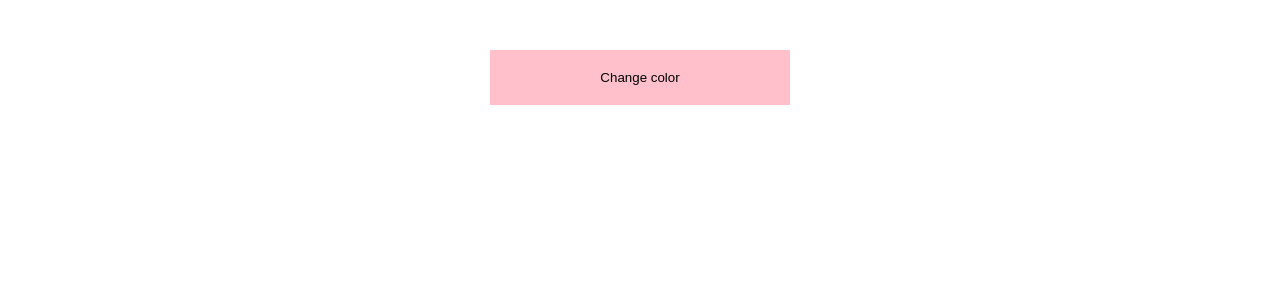
Repository: codysun1912/Javascript-coures
Page: index.html
An editor plug-in stored every save of this project. The page is shown before and after the next save, followed by the edit.
The browser window is 1280 px wide. The pictures show the whole page.

Above is the page before, as saved 2022-02-25 14:10:47.
Console error: TypeError: Cannot read properties of null (reading 'addEventListener')

### index.html
<!DOCTYPE html>
<html lang="en">
<head>
    <meta charset="UTF-8">
    <meta http-equiv="X-UA-Compatible" content="IE=edge">
    <meta name="viewport" content="width=device-width, initial-scale=1.0">
    <title>Javascript</title>
    <link rel="stylesheet" href="./css/app.css">
    <!-- <link rel="stylesheet" href="./css/reset.css"> -->
</head>
<body>
    <button class = "button-change">
        Change color
    </button>

    <script src="./Event/click.js"></script>
</body>
</html>

### css/app.css
html {
    box-sizing: border-box;
  }
  * {
    margin: 0;
    padding: 0;
  }
  *,
  *:before,
  *:after {
    box-sizing: border-box;
  }
  input,
  textarea,
  select,
  button {
    outline: none;
  }
  input {
    line-height: normal;
  }
  label,
  button {
    cursor: pointer;
  }
  a {
    text-decoration: none;
  }
  img {
    display: block;
    max-width: 100%;
  }
  *,
  *:before,
  *:after {
    box-sizing: border-box;
  }
  /* using rem unit */
  html {
    font-size: 62.5%;
  }
  a {
    text-decoration: none;
  }
  img {
    display: block;
    max-width: 100%;
  }
  body {
    font-family: "Poppins", sans-serif;
    font-size: 16px;
    line-height: 1;
  }
  /* .menu {
    width: 300px;
    position: fixed;
    top: 0;
    right: 0;
    bottom: 0;
    box-shadow: rgba(100, 100, 111, 0.2) 0px 7px 29px 0px;
    list-style: none;
    transform: translateX(100%);
    transition: transform 0.25s linear;
  }
  .menu.is-show {
    transform: translateX(0);
  }
  .menu-link {
    display: block;
    padding: 20px 15px;
    color: #333;
    border-bottom: 1px solid #eee;
  }
  .boxed {
    width: 200px;
    height: 200px;
    padding: 20px;
    margin-left: 50px;
    border: 5px solid;
    border-top: 50px solid;
  } */
  /* Modal */
  .modal {
    position: fixed;
    top: 0;
    left: 0;
    width: 100%;
    height: 100%;
    background-color: rgba(0, 0, 0, 0.25);
    z-index: 1000;
    display: flex;
    align-items: center;
    justify-content: center;
    flex-direction: column;
    opacity: 0;
    visibility: hidden;
    transition: all 0.25s linear;
  }
  .modal.is-show {
    opacity: 1;
    visibility: visible;
  }
  .modal-content {
    max-width: 600px;
    padding: 50px;
    border-radius: 20px;
    background-color: white;
    position: relative;
  }
  .modal-close {
    position: absolute;
    top: 0;
    right: 0;
    width: 40px;
    height: 40px;
    display: flex;
    justify-content: center;
    align-items: center;
    background-color: #eee;
    border-radius: 50px;
    cursor: pointer;
    color: #999;
  }
  .modal-desc {
    font-size: 15px;
    font-weight: 300;
    text-align: center;
    line-height: 1.8;
    margin-bottom: 30px;
  }
  .modal-action {
    display: grid;
    grid-template-columns: 1fr 1fr;
    grid-gap: 0 20px;
  }
  .modal-summit,
  .modal-cancel {
    border: 0;
    font-family: "Poppins", sans-serif;
    font-size: 16px;
    padding: 20px 30px;
    border-radius: 10px;
    background-color: transparent;
    color: #999;
  }
  .modal-summit {
    background-color: #3d6ef7;
    color: white;
  }

.boxed{
  width:200px;
  height:200px;
  padding:20px;
  border:5px solid;
}

.button-change {
  padding:20px;
  color: black;
  background-color: pink;
  margin:50px auto;
  border:0;
  width:300px;
  display: block;
}

### Event/click.js
const button = document.querySelector(".button");
// const span = document.querySelector(".button span");
// function handleClick(){
//     console.log("click me");
// }
// //bubbling
// button.addEventListener("click",handleClick,{capture:true});
// span.addEventListener("click", function(e){
//     // e.stopPropagation();
//     e.stopImmediatePropagation();
//     console.log("Click span");
// },{capture:true});
// span.addEventListener("click", function(){
//     console.log("Click span2");
// },{capture:true})
// document.body.addEventListener("click", function(){
//     console.log("click body");

// },{capture:true});

// button.addEventListener("click", function(){
//     console.log(`envent.target : ${event.target}`);
//     console.log(`${event.currentTarget}`);
// })
 // event.target la chon dung noi bam
 //event.current

// const link = document.querySelector(".link");
// link.addEventListener("click",function(e){
//     e.preventDefault();
//     console.log("click");

// })


const changeColor = document.querySelector(".change-color");
changeColor.addEventListener("click",handleChangeColor);
const colors = ["#ffa400", "#00aefd","#07a787"];
function handleChangeColor(){
    const randomColor = colors[(Math.floor(Math.random()*colors.length))];
    document.body.style.backgroundColor = randomColor;
}

After the next save:
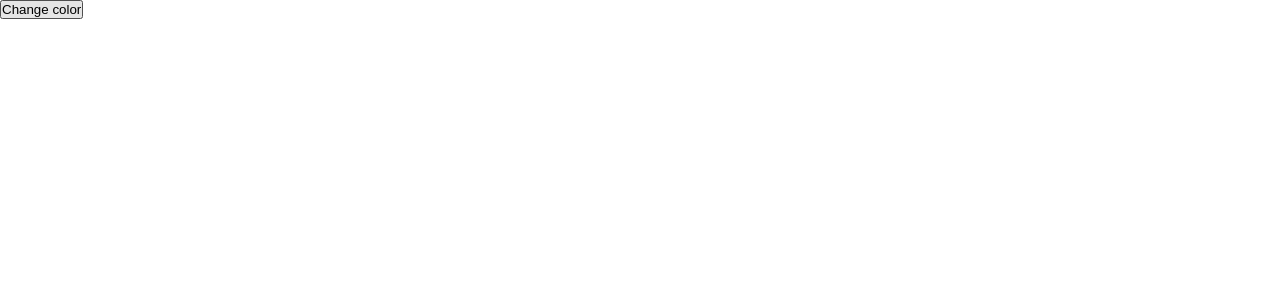
Saved 36 s later.
--- a/index.html
+++ b/index.html
@@ -9,7 +9,7 @@
     <!-- <link rel="stylesheet" href="./css/reset.css"> -->
 </head>
 <body>
-    <button class = "button-change">
+    <button class = "button">
         Change color
     </button>
 

After the save that followed:
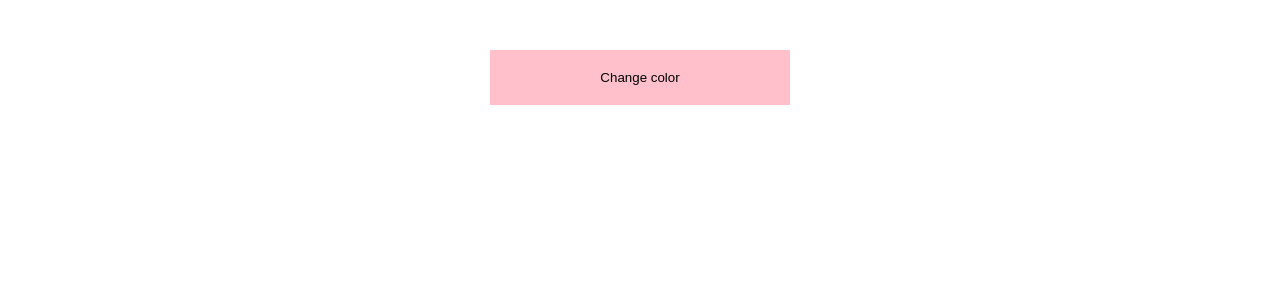
Saved 5 s later.
--- a/css/app.css
+++ b/css/app.css
@@ -155,7 +155,7 @@ html {
   border:5px solid;
 }
 
-.button-change {
+.button {
   padding:20px;
   color: black;
   background-color: pink;
